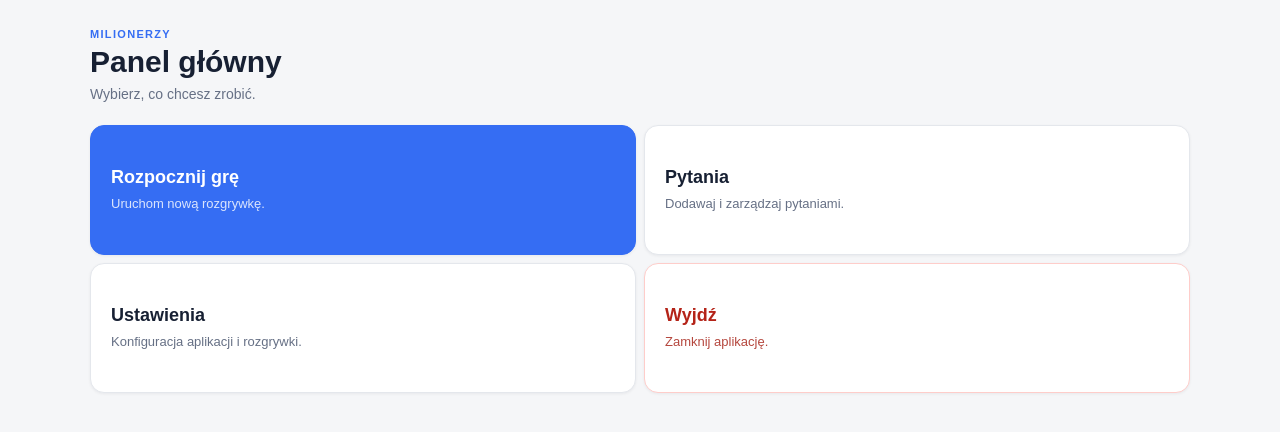
Repository: WaleonGames/HTGMilionerzy
Page: views/index.html
The author's editor kept a copy of each file at every save. The page is drawn from the files as they stood at one save, then again after the next save.
The browser window is 1280 px wide. The pictures show the whole page.

Above is the page before, as saved 2026-09-05 20:08:04.

After the next save:
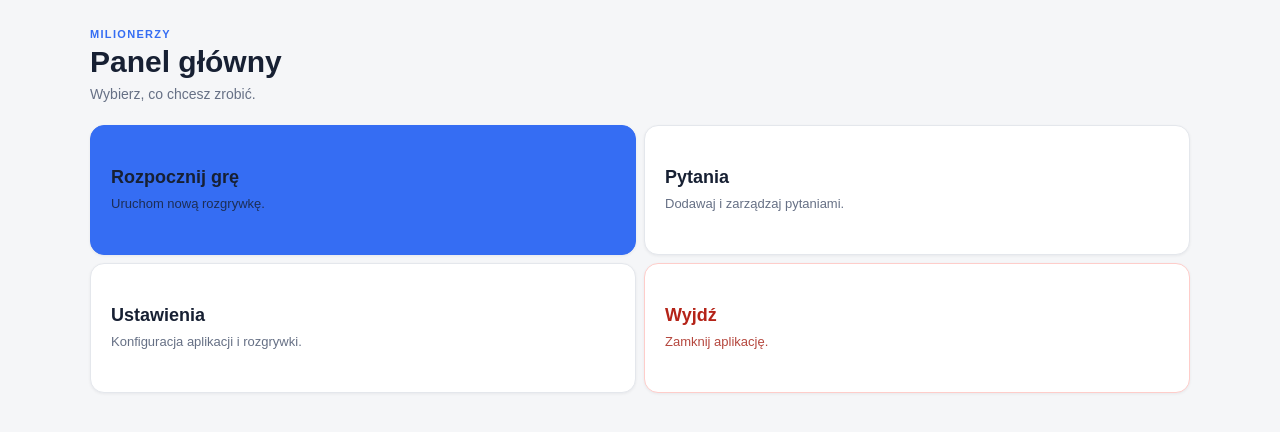
Saved 31 s later.
--- a/public/css/design.css
+++ b/public/css/design.css
@@ -392,7 +392,7 @@ small{
 
 .action-card-primary .action-card-title,
 .action-card-primary .action-card-description{
-  color:var(--design-surface) !important;
+  color:var(--design-text) !important;
 }
 
 .action-card-primary .action-card-description{
